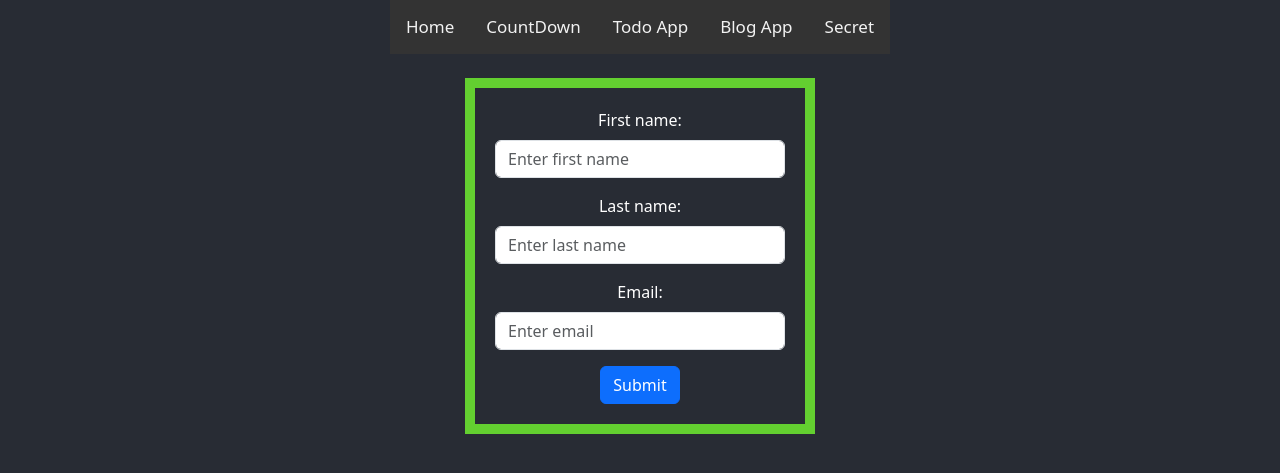
Repository: ThucSkin/React-hook-basic
Page: /add/user
An editor plug-in stored every save of this project. The page is shown before and after the next save, followed by the edit.
The browser window is 1280 px wide. The pictures show the whole page.
The project was rebuilt for these pictures with package versions that can differ from the ones it lists, and the page was loaded fresh each time. Also part of the build but not shown: src/views/Todo.js, src/views/TableApi/TableUser.scss, src/customize/Fetch.js, src/views/TableApi/TableApi.js, src/views/CountDown/countdown.js, src/views/Blog.js, src/views/BlogDetail.js.

Above is the page before, as saved 2023-06-12 01:14:17.

### src/index.js
import React from 'react';
import ReactDOM from 'react-dom/client';
import './index.scss';
import App from './App';
import reportWebVitals from './reportWebVitals';
import { BrowserRouter as Router } from 'react-router-dom';

const root = ReactDOM.createRoot(document.getElementById('root'));
root.render(
  <React.StrictMode>
    <Router>
      <App />
    </Router>
  </React.StrictMode>
);

// If you want to start measuring performance in your app, pass a function
// to log results (for example: reportWebVitals(console.log))
// or send to an analytics endpoint. Learn more: https://bit.ly/CRA-vitals
reportWebVitals();

### src/index.scss
@import "~bootstrap/scss/bootstrap";

body {
  margin: 0;
  font-family: -apple-system, BlinkMacSystemFont, 'Segoe UI', 'Roboto', 'Oxygen',
    'Ubuntu', 'Cantarell', 'Fira Sans', 'Droid Sans', 'Helvetica Neue',
    sans-serif;
  -webkit-font-smoothing: antialiased;
  -moz-osx-font-smoothing: grayscale;
}

code {
  font-family: source-code-pro, Menlo, Monaco, Consolas, 'Courier New',
    monospace;
}

### src/App.js

import './App.scss';
import Nav from './views/Nav';
import Todo from './views/Todo';
import TableApi from './views/TableApi/TableApi';
import { CountDown } from './views/CountDown/countdown';
import { Routes, Route } from 'react-router-dom'
import { Blog } from './views/Blog';
import DetailBlog from './views/BlogDetail';
import { Container } from 'react-bootstrap';
import AddNewUser from './views/AddNewUser';
import 'bootstrap/dist/css/bootstrap.min.css';


const App = () => {
  return (
    <div className="App">
      <header className="App-header">
        <Nav />
        <Container className='container'>
          <Routes>
            <Route path='/' element={<TableApi />} />
            <Route path='/countdown' element={<CountDown />} />
            <Route path='/todo' element={<Todo />} />
            <Route path='/blog' element={<Blog />} />
            <Route path='/blog/:id' element={<DetailBlog />} />
            <Route path='/add/user' element={<AddNewUser />} />
          </Routes>
        </Container>
      </header>
    </div>
  );
}

export default App;

### src/App.scss
.App {
    text-align: center;
}

.App-logo {
    height: 10vmin;
    pointer-events: none;
}

@media (prefers-reduced-motion: no-preference) {
    .App-logo {
        animation: App-logo-spin infinite 20s linear;
    }
}

.App-header {
    background-color: #282c34;
    min-height: 100vh;
    display: flex;
    flex-direction: column;
    align-items: center;
    /* justify-content: center; */
    font-size: calc(10px + 2vmin);
    color: white;
}

.App-link {
    color: #61dafb;
}

@keyframes App-logo-spin {
    from {
        transform: rotate(0deg);
    }

    to {
        transform: rotate(360deg);
    }
}

.container {
    font-size: 16px;

}

### src/views/Nav.js
import { NavLink } from 'react-router-dom';
import './Nav.scss';
import 'bootstrap/dist/css/bootstrap.min.css';

const Nav = () => {
    return (
        <>
            <div className="topnav mb-4">
                <NavLink to="/" activeclassName="active">Home</NavLink>
                <NavLink to="/countdown">CountDown</NavLink>
                <NavLink to="/todo">Todo App</NavLink>
                <NavLink to="/blog">Blog App</NavLink>
                <NavLink to="/secrect">Secret</NavLink>
            </div>
        </>
    )
}

export default Nav;

### src/views/AddNewUser.js
import { useState } from 'react';
import Button from 'react-bootstrap/Button';
import Form from 'react-bootstrap/Form';

const AddNewUser = () => {
    const [fname, setFname] = useState('')
    const [lname, setLname] = useState('')
    const [email, setEmail] = useState('')

    const handleSubmit = (e) => {
        e.preventDefault();
        if (!fname) {
            alert('Empty first name!')
            return
        }
        if (!lname) {
            alert('Empty last name!');
            return
        }
        if (!email) {
            alert('Empty email!');
            return
        }
        alert('Add user successfully');

        setFname('');
        setLname('');
        setEmail('');
    }

    return (
        <>
            <Form onSubmit={handleSubmit} className='form-add'>
                <Form.Group className="mb-3" controlId="formBasicEmail">
                    <Form.Label>First name:</Form.Label>
                    <Form.Control onChange={(e) => setFname(e.target.value)}
                        value={fname} type="text" placeholder="Enter first name" />
                </Form.Group>

                <Form.Group className="mb-3" controlId="formBasicPassword">
                    <Form.Label>Last name:</Form.Label>
                    <Form.Control onChange={(e) => setLname(e.target.value)}
                        value={lname} type="text" placeholder="Enter last name" />
                </Form.Group>

                <Form.Group className="mb-3" controlId="formBasicPassword">
                    <Form.Label>Email:</Form.Label>
                    <Form.Control onChange={(e) => setEmail(e.target.value)} value={email}
                        type="email" placeholder="Enter email" />
                </Form.Group>
                <Button variant="primary" type='submit'>
                    Submit
                </Button>
            </Form>
        </>
    );
}

export default AddNewUser;

### src/views/Nav.scss
body {
    margin: 0;
    font-family: Arial, Helvetica, sans-serif;

    .topnav {
        overflow: hidden;
        background-color: #333;

        a {
            float: left;
            color: #f2f2f2;
            text-align: center;
            padding: 14px 16px;
            text-decoration: none;
            font-size: 17px;
        }

        a:hover {
            background-color: #ddd;
            color: black;
        }

        a.active {
            background-color: #04AA6D;
            color: white;
        }
    }

    .form-add {
        width: 350px;
        margin: 0 auto;
        border: 10px solid rgb(99, 208, 48);
        padding: 20px;
    }
}

Loaded but not shown: public/index.html (common file); src/reportWebVitals.js (common file)

After the next save:
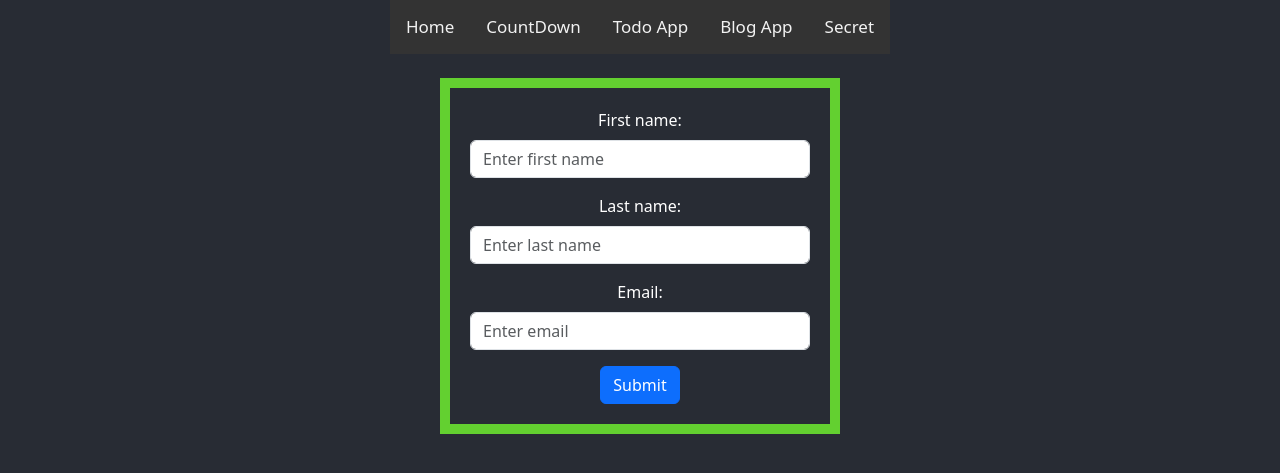
Saved 6 s later.
--- a/src/views/Nav.scss
+++ b/src/views/Nav.scss
@@ -27,7 +27,7 @@ body {
     }
 
     .form-add {
-        width: 350px;
+        width: 400px;
         margin: 0 auto;
         border: 10px solid rgb(99, 208, 48);
         padding: 20px;
